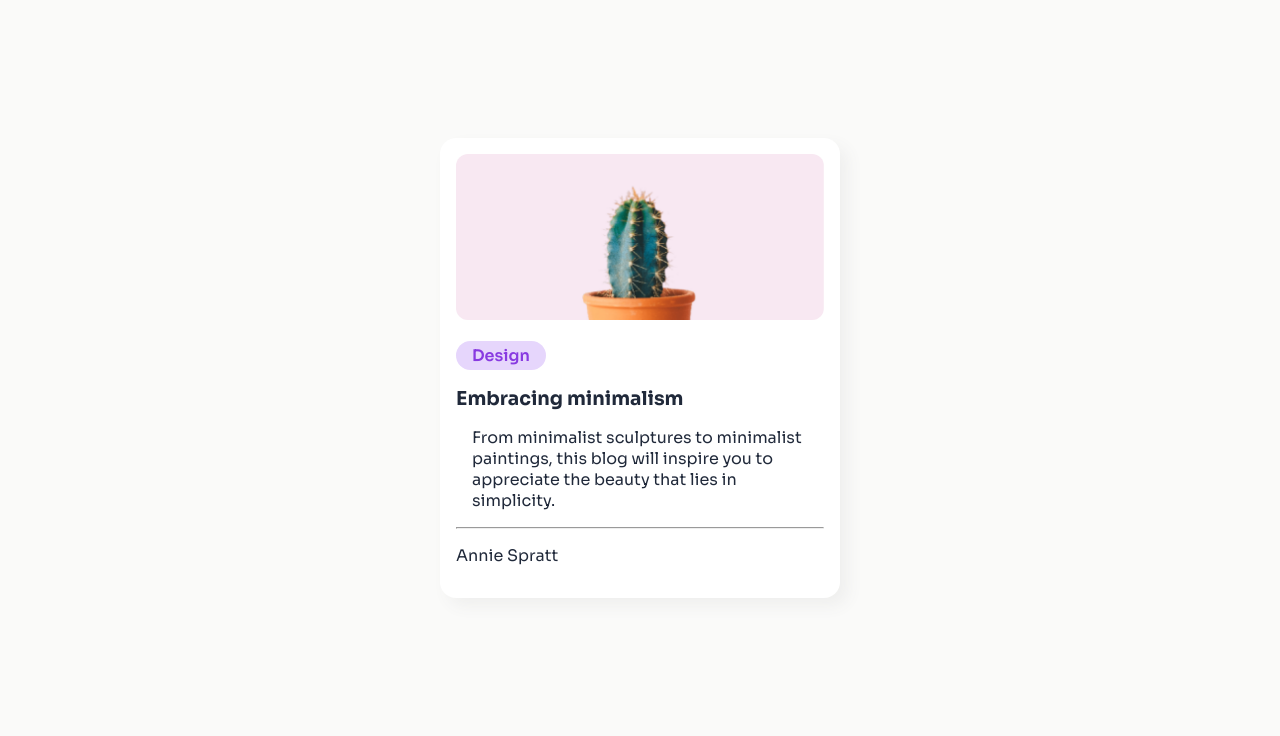
Repository: PCGP22/devChallengesio
Page: 01 - Minimal Blog Card/blogCard.html
An editor plug-in stored every save of this project. The page is shown before and after the next save, followed by the edit.
The browser window is 1280 px wide. The pictures show the whole page.

Above is the page before, as saved 2024-01-01 20:01:59.

After the next save:
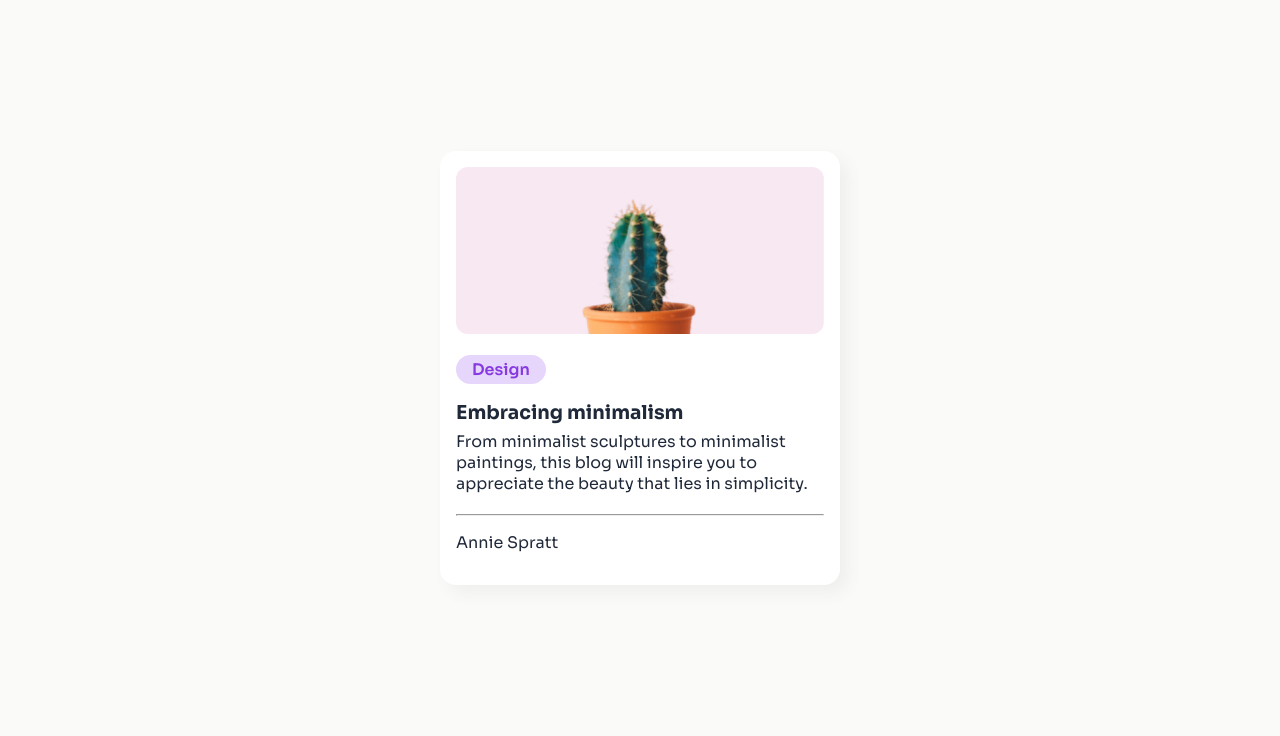
Saved 22 s later.
--- a/01 - Minimal Blog Card/styles.css
+++ b/01 - Minimal Blog Card/styles.css
@@ -53,5 +53,6 @@ h1{
 }
 
 .text{
-    margin: 16px;
+    margin-top: 0;
+    margin-bottom: 20px;
 }
